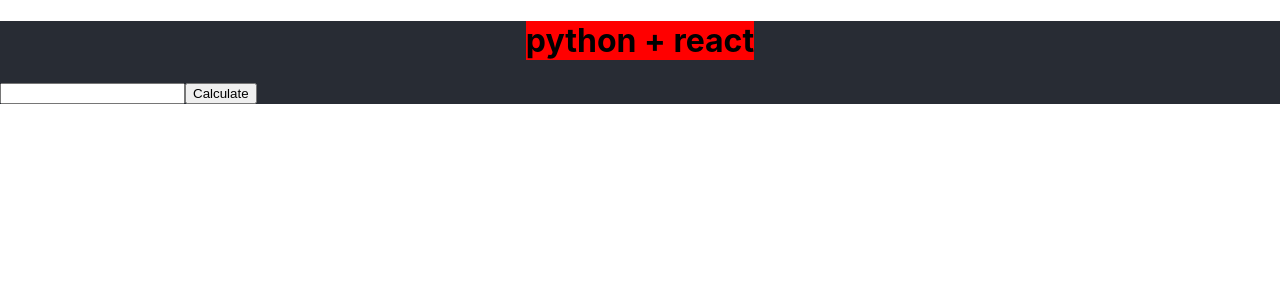
Repository: TMuse333/react-python
Page: / (app in client/)
The author's editor kept a copy of each file at every save. The page is drawn from the files as they stood at one save, then again after the next save.
The browser window is 1280 px wide. The pictures show the whole page.
The page's requests for data from a server got no answer. The project was rebuilt for these pictures with package versions that can differ from the ones it lists, and the page was loaded fresh each time. No one was signed in, and anything a server would have sent is missing.

Above is the page before, as saved 2023-11-10 17:11:53.

After the next save:
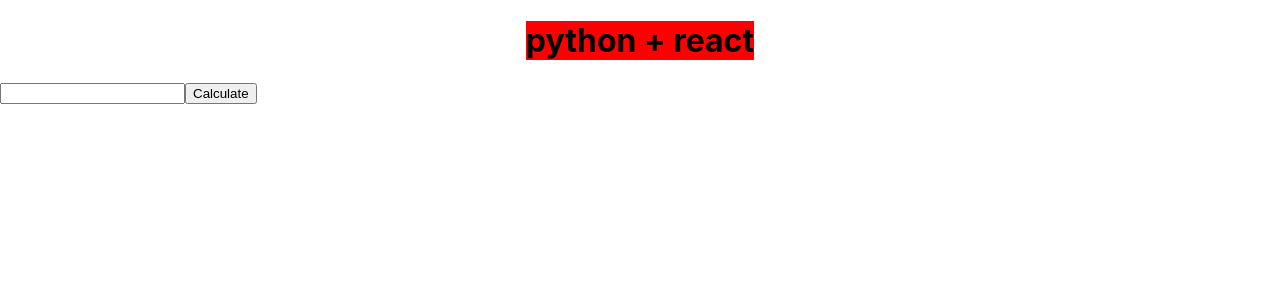
Saved 21 s later.
--- a/client/src/App.css
+++ b/client/src/App.css
@@ -1,14 +1,6 @@
 
 
-.bg{
-  background-color: #282c34;
-  /* height: 110vh;
-  margin-top:-1.3rem;
-  display: flex;
 
-  width: 100vw; */
-
-}
 
 .banner{
   background-color: red;
